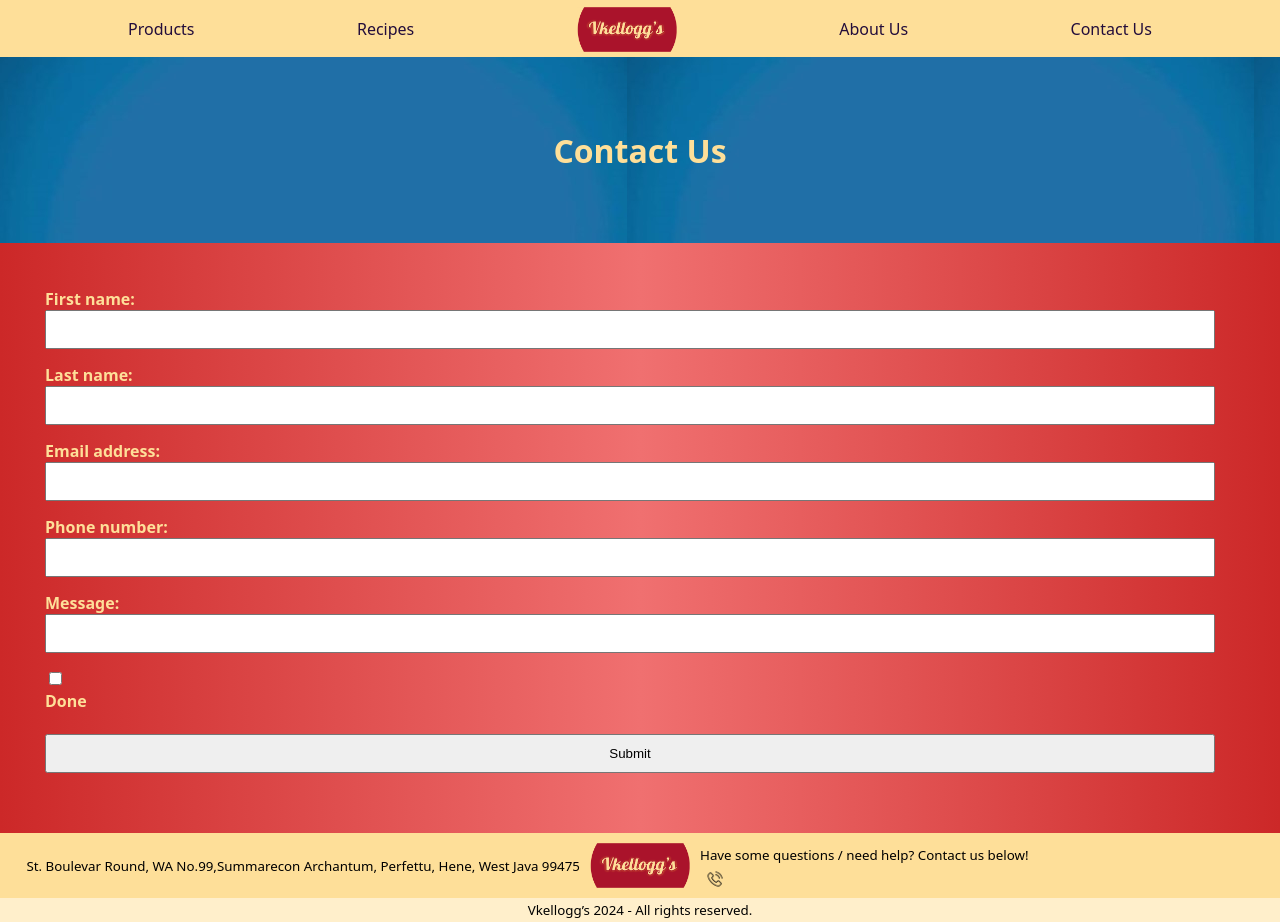
Repository: sugralld/VKelloggs
Page: Code and Assets/html/contactus.html
The author's editor kept a copy of each file at every save. The page is drawn from the files as they stood at one save, then again after the next save.
The browser window is 1280 px wide. The pictures show the whole page.

Above is the page before, as saved 2024-12-03 20:57:30.

### Code and Assets/html/contactus.html
<!DOCTYPE html>
<html lang="en">
<head>
    <meta charset="UTF-8">
    <meta name="viewport" content="width=device-width, initial-scale=1.0">
    <title>Contact Us | Vkellogg's</title>
    <link rel="stylesheet" href="../css/headerfooternavbar.css">
    <link rel="stylesheet" href="../css/contactus.css">
</head>
<body>
    <!-- header navigation -->
    <header>
        <nav>
            <div class="navbar-menu">
                <div><a class="navbar-link1" href="../html/products.html">Products</a></div>
                <div><a class="navbar-link2" href="../html/recipes.html">Recipes</a></div>
                <div class="navbar-link3"><a href="../html/homepage.html"><img src="../asset/Screenshot 2024-05-30 105858.png" width="100" height="45" alt=""></a></div>
                <div><a class="navbar-link4" href="../html/aboutus.html">About Us</a></div>
                <div><a class="navbar-link5" href="../html/contactus.html">Contact Us</a></div>
            </div>
        </nav>
    </header>

    <!-- Header Contact Us -->
    <div class="header">
        <h1>Contact Us</h1>
    </div>

    <!-- Form Contact Us -->
     <div class="form">
        <form action="" method = "post">
            <label for="firstname">First name: </label>
            <input type="text" name="firstname" id="firstname">
            <br>

            <label for="lastname">Last name: </label>
            <input type="text" name="lastname" id="lastname">
            <br>

            <label for="email">Email address: </label>
            <input type="text" name="email" id="email">
            <br>

            <label for="phonenum">Phone number: </label>
            <input type="text" name="phonenum" id="phonenum">
            <br>

            <label for="message">Message: </label>
            <input type="text" name="message" id="message">
            <br>

            <input type="checkbox" name="agreement" id="agreement">
            <label for="agreement">Done</label>
            <br>

            <button type="button" onclick="validateData()">Submit</button>
        </form>
        <script src="../js/contactus.js"></script>
     </div>

     <!-- Footer -->
    <footer class="footer">
        <div class="upperfooter">
            <div class="footert1"><p>St. Boulevar Round, WA No.99,Summarecon Archantum, Perfettu, Hene, West Java 99475</p></div>
            <div class="footert2"><img src="../asset/Screenshot 2024-05-30 105858.png" width="100" height="45" alt=""></div>
            <div class="footert3">
                <p class="footert4">Have some questions / need help? Contact us below!</p>
                <a href="../html/contactus.html"><img src="../asset/image-removebg-preview (27).png" width="30" height="auto" alt=""></a>
            </div>
        </div>
        <div class="lowerfooter">
            <p class="textlowerfooter">Vkellogg’s 2024  -  All rights reserved.
            </p>
        </div>
     </footer>

</body>
</html>

### Code and Assets/css/headerfooternavbar.css
body {
    margin: 0;
    font-family: system-ui;
}

.navbar-menu{
    display: flex;
    justify-content: space-between;
    align-items: center;
    padding: 0px 10%;
    background-color: #FEDF99;
}

a:hover{
    background-color: #F5F5F5;
    border-radius: 30px;
    color: #CC2828;
}

.navbar-link1,.navbar-link2,.navbar-link4,.navbar-link5{
    font-family: system-ui;
    font-weight: 500;
    text-decoration: none;
    color: #230D3B;
}

.navbar-link3{
    display: block;
    margin-top: 0.7%;
    margin-bottom: 0px;
}

.footer{
    position: bot;
}

.upperfooter{
    display: flex;
    background-color: #FEDF99;
    justify-content: center;
    align-items: center;
}

.footert1,.footert3{
    padding: 0px 10px;
    display: block;
    width: 1200px;
    font-size: smaller;
}

.footert1{
    text-align: right;
}

.footert3{
    text-align: left;
}

.footert2{
    margin-top: 4px;
}

.lowerfooter{
    background-color: #FFEFCB;
    padding: 0;
    margin: 0px;
}

.textlowerfooter{
    margin: 0;
    padding: 3px;
    font-size: smaller;
    text-align: center;
}

.footert4{
    margin-bottom: 0;
}

### Code and Assets/css/contactus.css
.header{
    background-image: url(../asset/copydesktop-wallpaper-kellogg-s-frosted-flakes-breakfast-cereal-original-33-5-oz-box.jpg);
    display: block;
    padding: 50px;
    text-align: center;
    color: #FEDF99;
}

.form{
    background: linear-gradient(0.25turn,#CC2828,#F07070,#CC2828);
    padding: 45px;
    font-weight: bold;
    color: #FEDF99;
}

.form label{
    display: block;
}

.form input[type="text"],


.form button {
    width: calc(100% - 20px); /* Lebar penuh dikurangi margin */
    max-width: 100%; /* Mencegah input melampaui layar */
    margin: 0 auto 15px; /* Jarak antar elemen */
    padding: 10px; /* Tambahkan padding untuk kenyamanan pengguna */
    box-sizing: border-box; /* Termasuk padding dalam perhitungan lebar */
}

### Code and Assets/js/contactus.js
function wordLen(str) {
    const value = str.trim().split(/\s+/);
    return value.length;
}

function checkAlphaNum(password){
    var isAlpha = false;
    var isNum = false;
    for(let i=0; i<password.length; i++){
        if(isNaN(password[i])){
            isAlpha = true;
        }
        else{
            isNum = true;
        }

        if(isAlpha || isNum){
            return true;
        }
    }
    return false;
}


function validateData(){
    var firstname = document.getElementById("firstname");
    var lastname = document.getElementById("lastname");
    var email = document.getElementById("email");
    var phonenum = document.getElementById("phonenum");
    var message = document.getElementById("message");
    var agreement = document.getElementById("agreement");

    if(!checkAlphaNum(firstname.value)){
        alert("First name must be alphabet!");
    }
    else if(!checkAlphaNum(lastname.value)){
        alert("Last name must be alphabet!");
    }
    else if(!email.value.endsWith("@gmail.com")){
        alert("Email must end with '@gmail.com'!");
    }
    else if(!checkAlphaNum(phonenum.value)){
        alert("Phone number must be numeric!");
    }
    else if(wordLen(message.value)<5){
        alert("Message must be at least 5 words!");
    }
    else if(!agreement.checked){
        alert("'Done' checkbox must be checked!");
    }
    else{
        alert("Message Submitted.");
    }

}

After the next save:
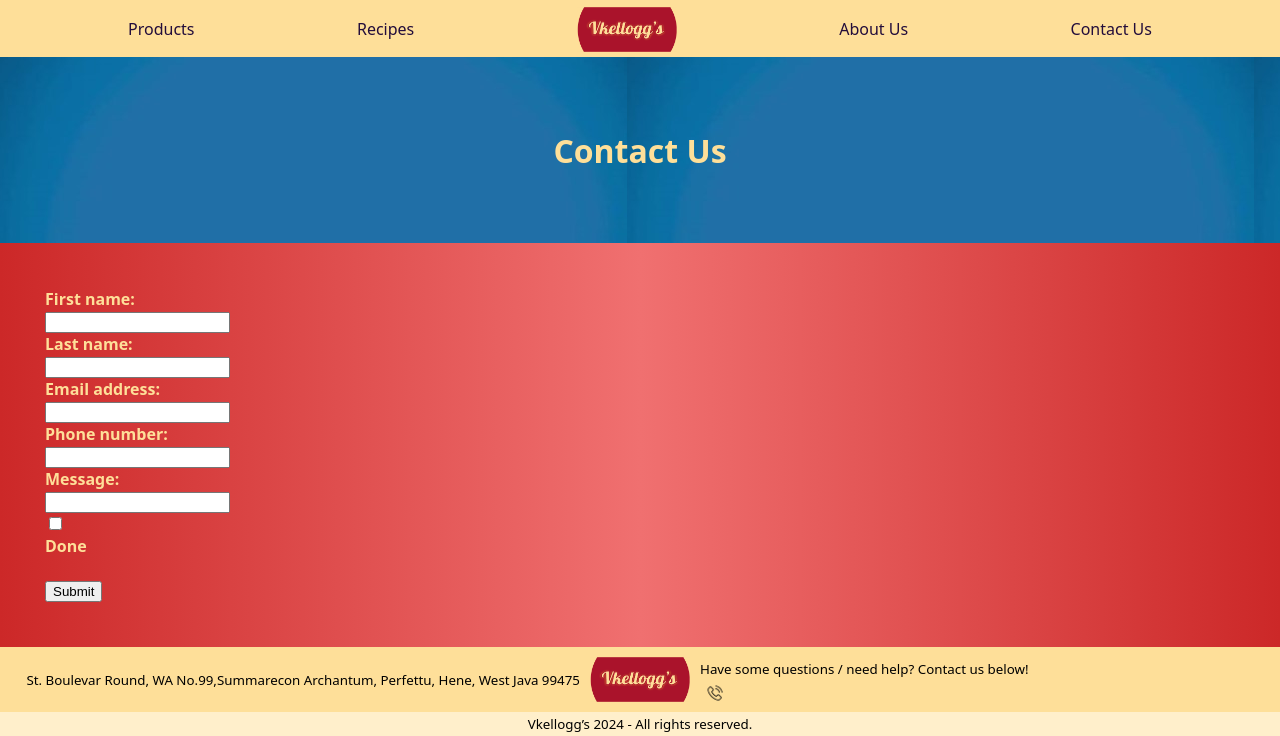
Saved 11 s later.
--- a/Code and Assets/css/contactus.css
+++ b/Code and Assets/css/contactus.css
@@ -18,7 +18,7 @@
 }
 
 .form input[type="text"],
-
+.form input[],
 
 .form button {
     width: calc(100% - 20px); /* Lebar penuh dikurangi margin */
